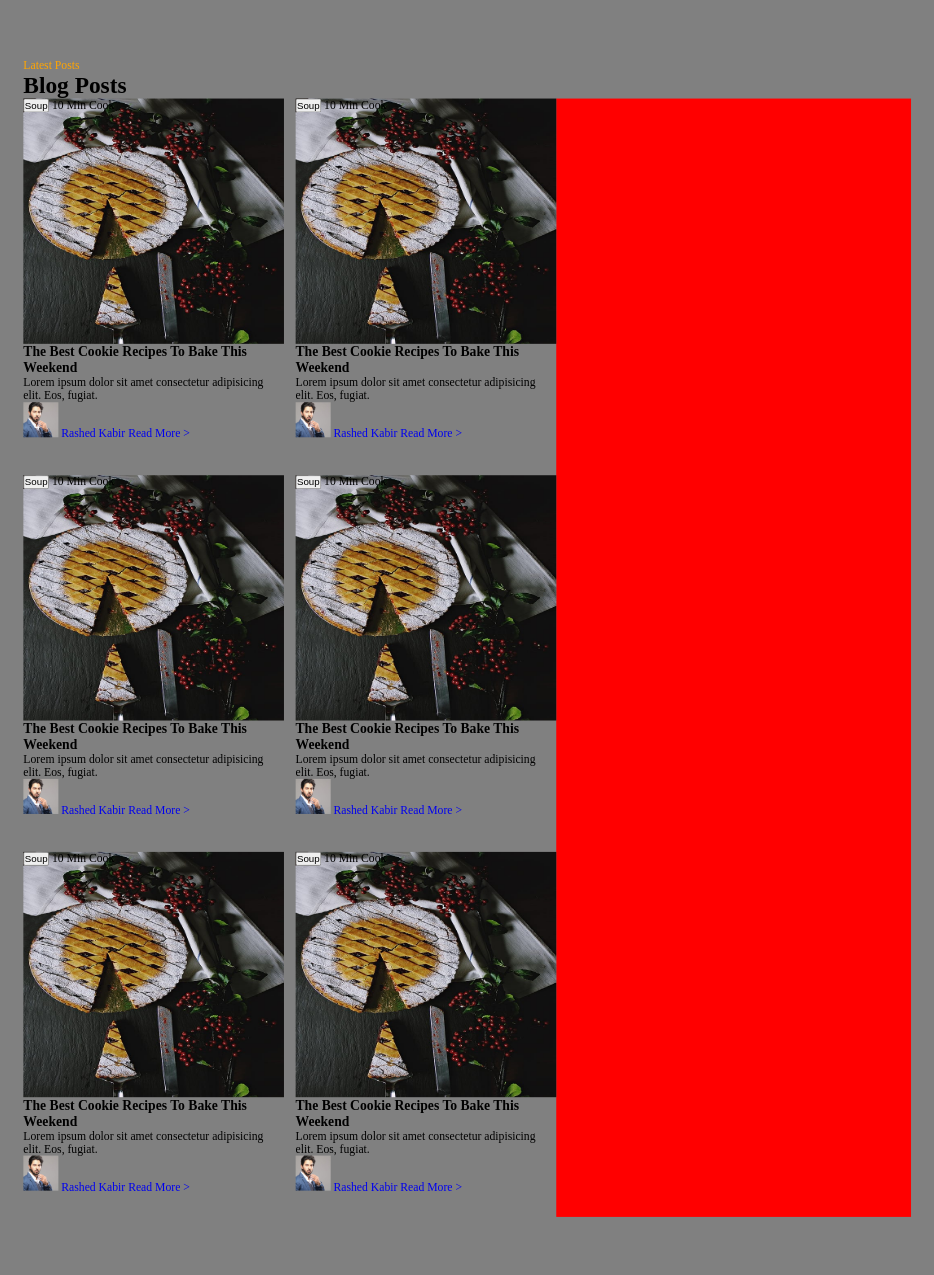
Repository: ngoctinvo/diner_project_cybersoft
Page: html/blog.html
An editor plug-in stored every save of this project. The page is shown before and after the next save, followed by the edit.
The browser window is 1280 px wide. The pictures show the whole page, at 73% of full size.
The style sheet was rebuilt from its Sass, Less or Tailwind sources for each picture, by a compiler version that may differ from the author's.

Above is the page before, as saved 2022-04-19 00:05:27.

After the next save:
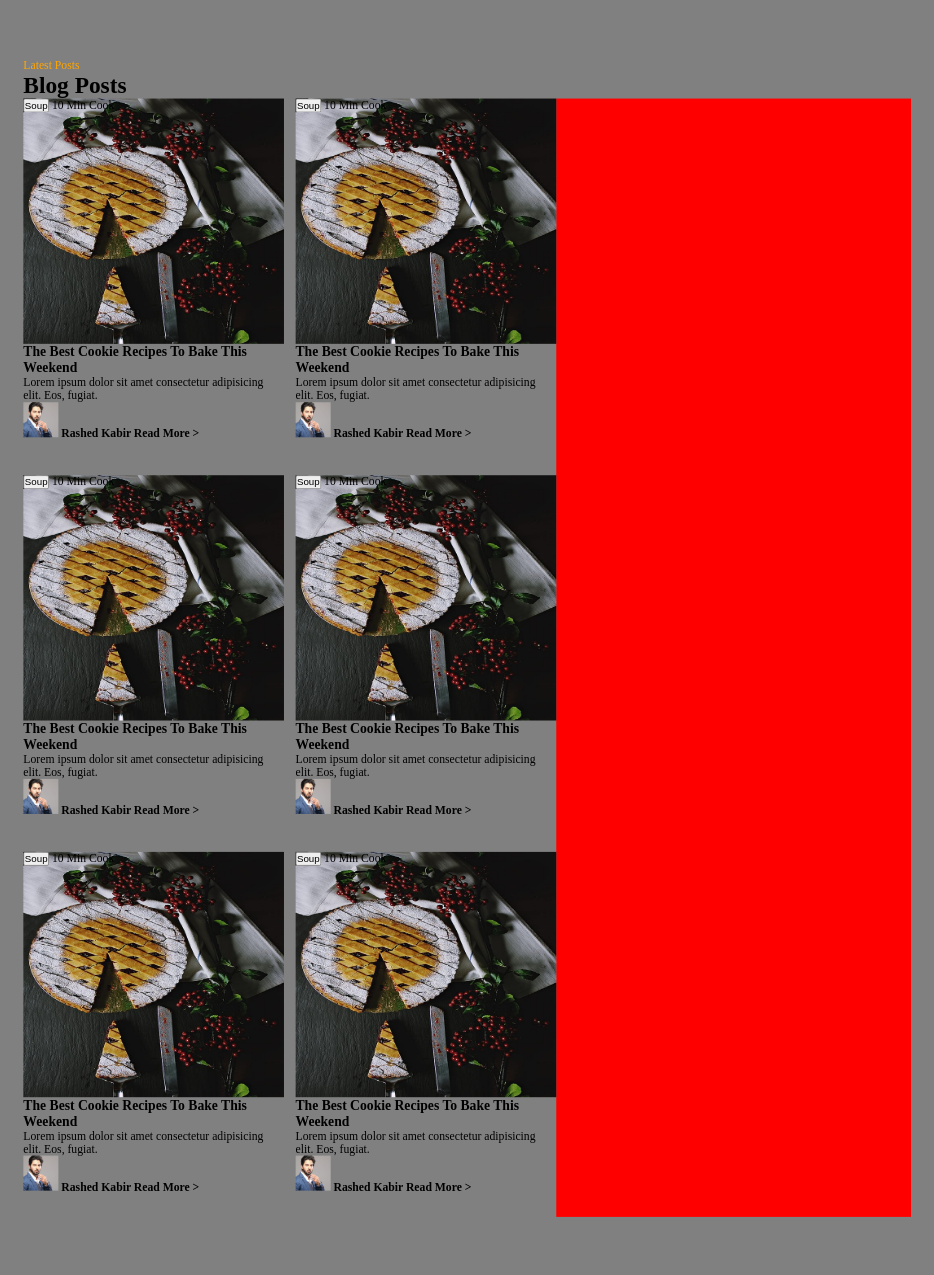
Saved 31 s later.
--- a/sass/blog.scss
+++ b/sass/blog.scss
@@ -52,6 +52,9 @@
                             }
                             a {
                                 text-decoration: none;
+                                color: black;
+                                font-size: 1rem;
+                                font-weight: 600;
                             }
                         }
                     }
